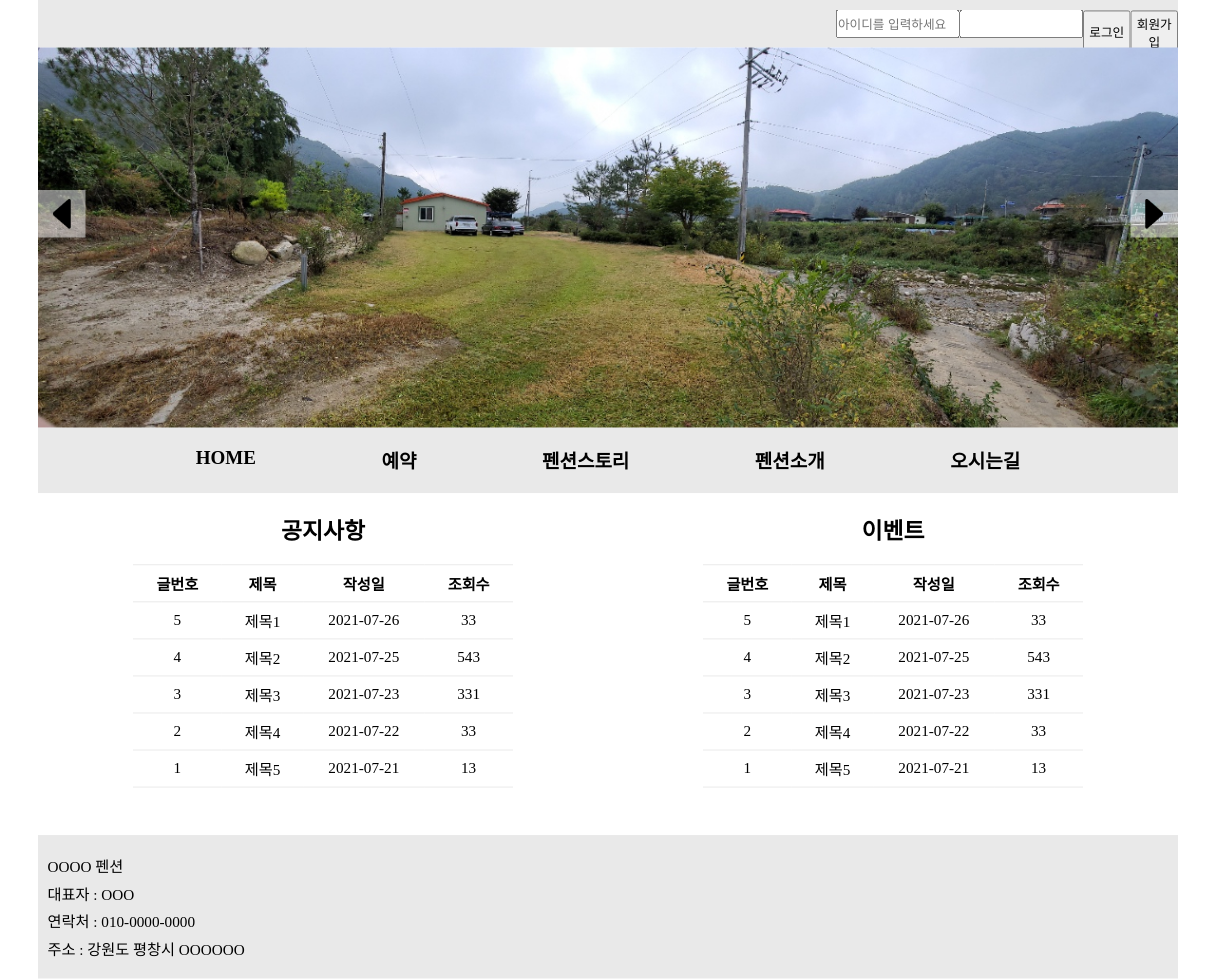
Repository: cdnwell/Jsp
Page: http://localhost/total/
The author's editor kept a copy of each file at every save. The page is drawn from the files as they stood at one save, then again after the next save.
The browser window is 1280 px wide. The pictures show the whole page, at 95% of full size.
The page is served by Tomcat 9.

Above is the page before, as saved 2022-06-30 06:21:19.

After the next save:
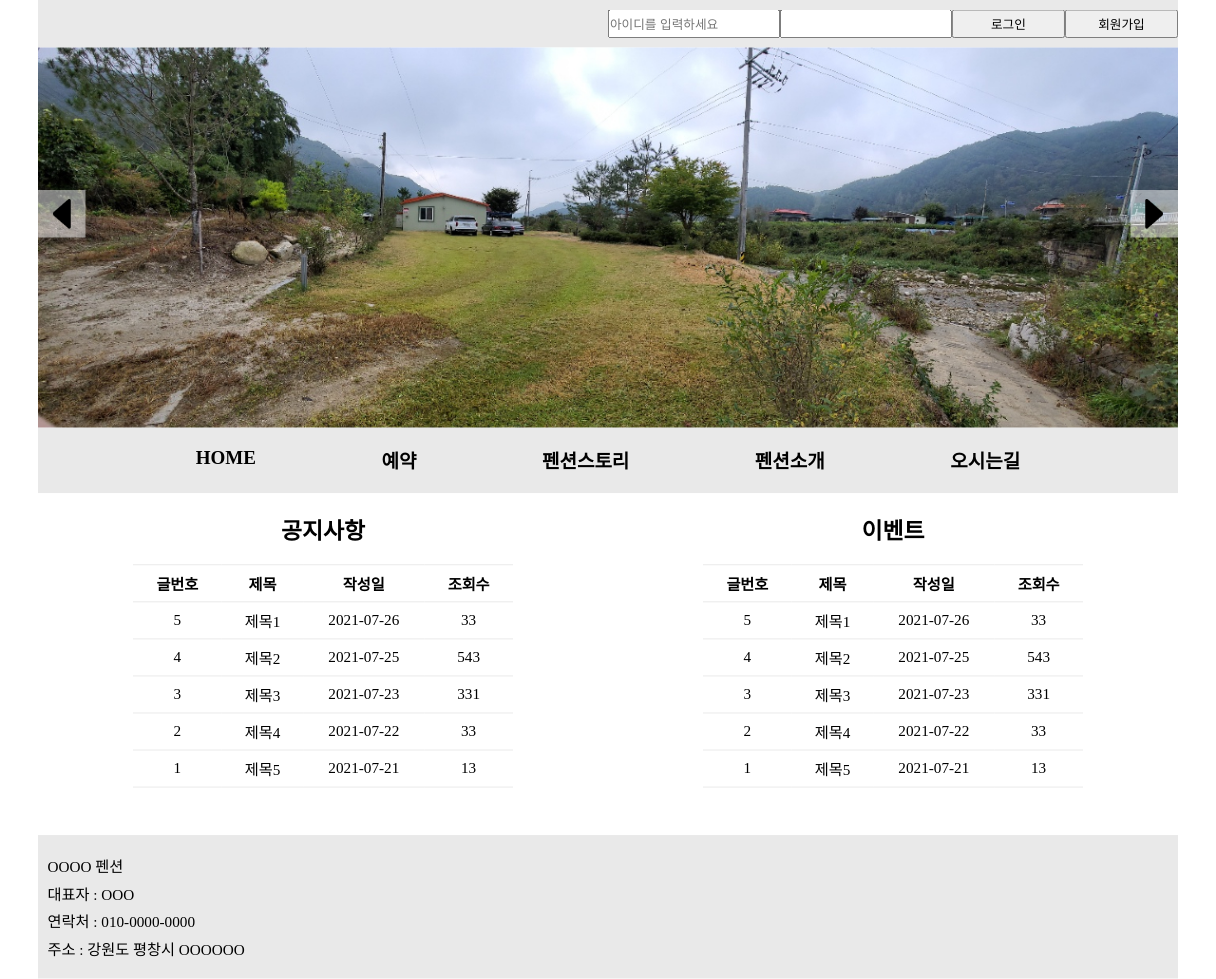
Saved 27 s later.
--- a/total/src/main/webapp/template/pheader.jsp
+++ b/total/src/main/webapp/template/pheader.jsp
@@ -135,14 +135,6 @@
         	float:left;
         	margin-left : 10px
         }
-        #member_bar input{
-        	width:130px;
-        }
-        #member_bar button{
-        	width:50px;
-        	height:45px;
-        	margin-top:1px;
-        }
     </style>
 
 
